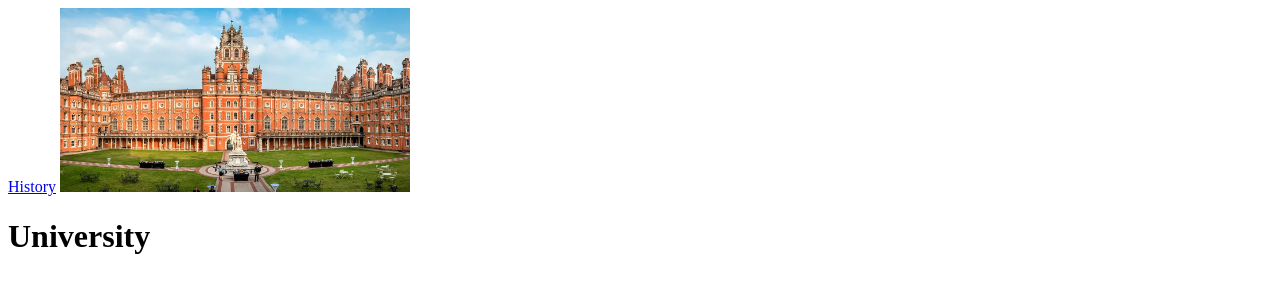
Repository: Haakim19/WebDevelopment
Page: Assignment/Index.html
These files come from the project's save history. The page is drawn as it stood at one moment and after the next save; the edit follows.
The browser window is 1280 px wide. The pictures show the whole page.

Above is the page before, as saved 2024-10-10 15:11:07.

### Assignment/Index.html
<!DOCTYPE html>
<html lang="en">
<head>
    <meta charset="UTF-8">
    <meta name="viewport" content="width=device-width, initial-scale=1.0">
    <title>Home</title>
</head>
<body>
    <a href="history.html">History</a>
    <img src="campus.webp" width="350px">
    <h1><font face="algerian">University</font></h1>
</body>
</html>

After the next save:
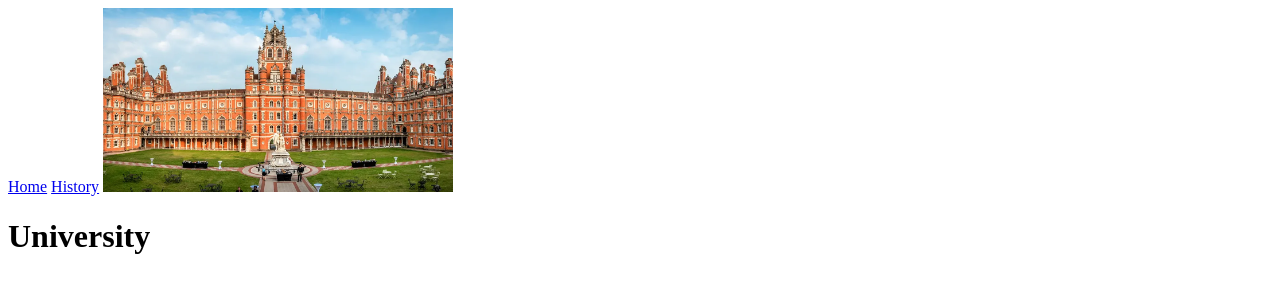
Saved 24 s later.
--- a/Assignment/Index.html
+++ b/Assignment/Index.html
@@ -6,6 +6,7 @@
     <title>Home</title>
 </head>
 <body>
+    <a href="Index.html">Home</a>
     <a href="history.html">History</a>
     <img src="campus.webp" width="350px">
     <h1><font face="algerian">University</font></h1>
